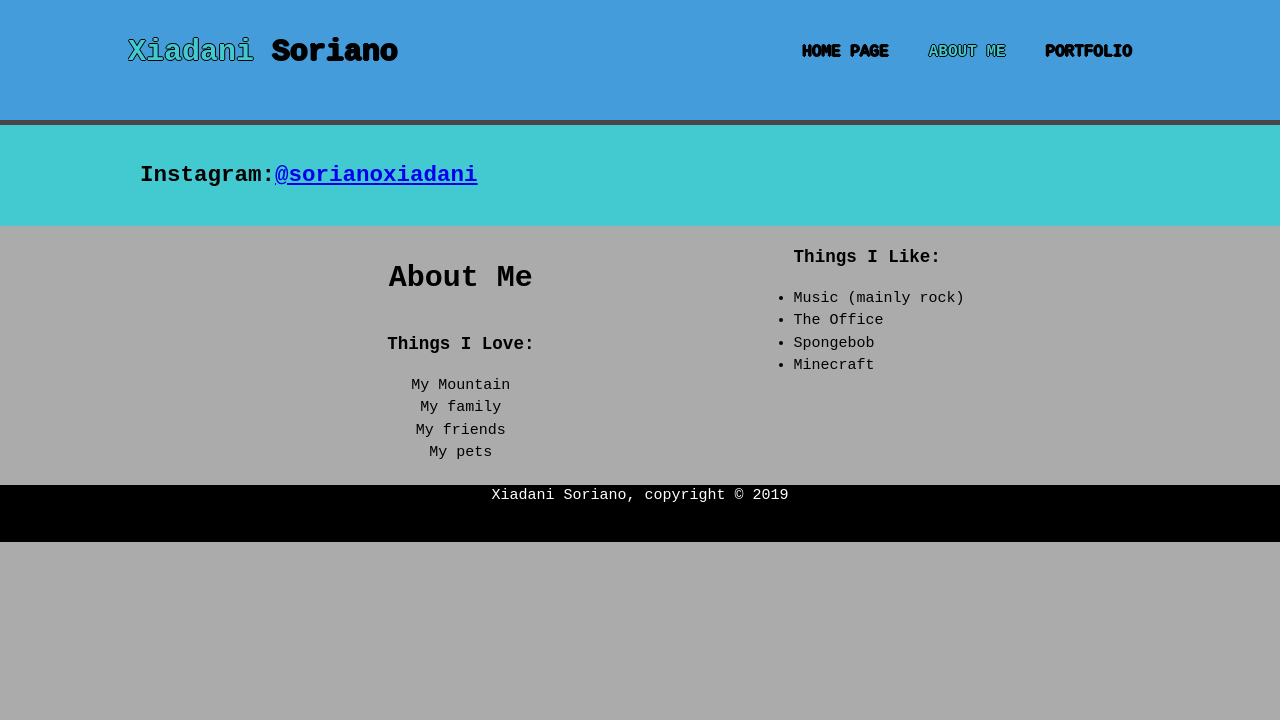
Repository: XiadaniSoriano/XiadaniSoriano2.github
Page: aboutme.html
The author's editor kept a record of every edit. The page is drawn from the files as they stood at one moment, then again after the next edit.
The browser window is 1280 px wide. The pictures show the whole page.

Above is the page before.

After the next edit:
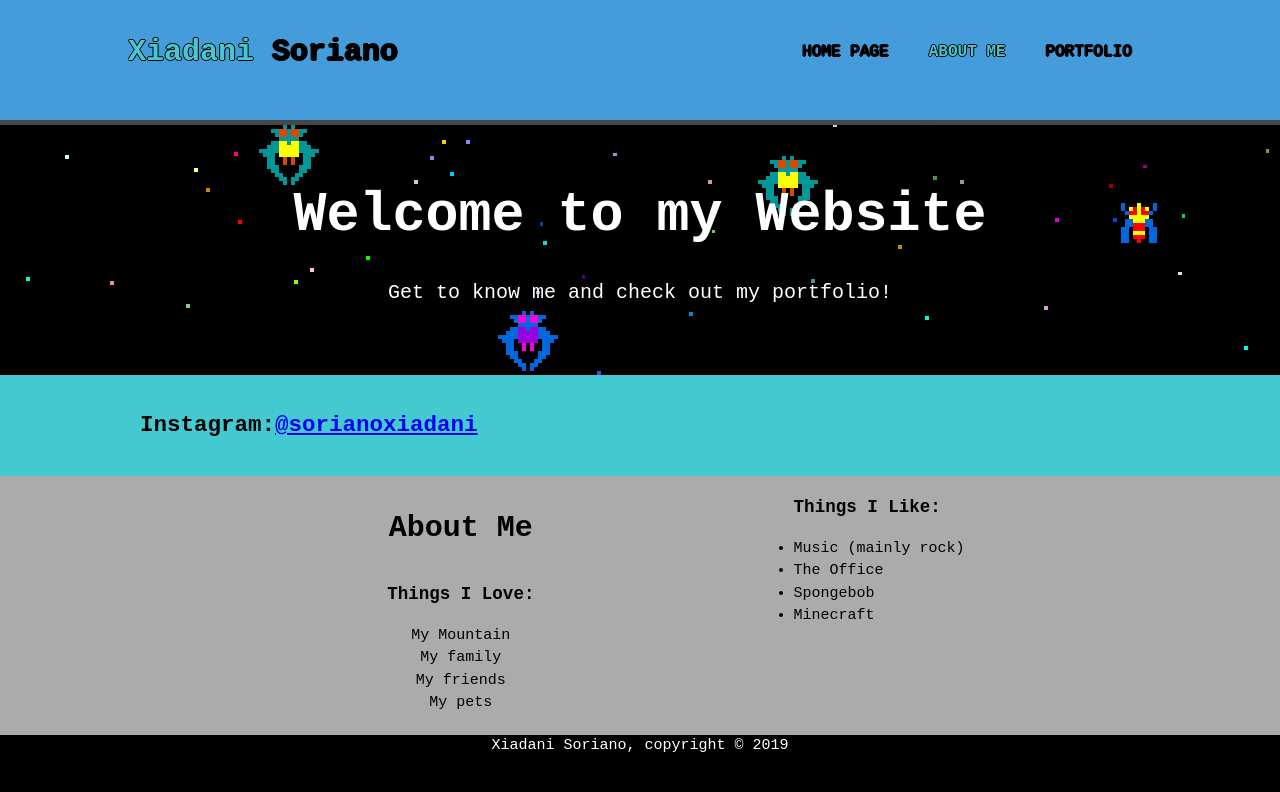
The edit:
--- a/aboutme.html
+++ b/aboutme.html
@@ -27,6 +27,13 @@
                 </nav>
             </div>
         </header>
+
+        <section id="showcase2">
+            <div class="container">
+                <h1> Welcome to my Website </h1>
+                <p> Get to know me and check out my portfolio! </p>
+            </div>
+        </section>
 
         <section id="newsletter">
             <div class="container">
